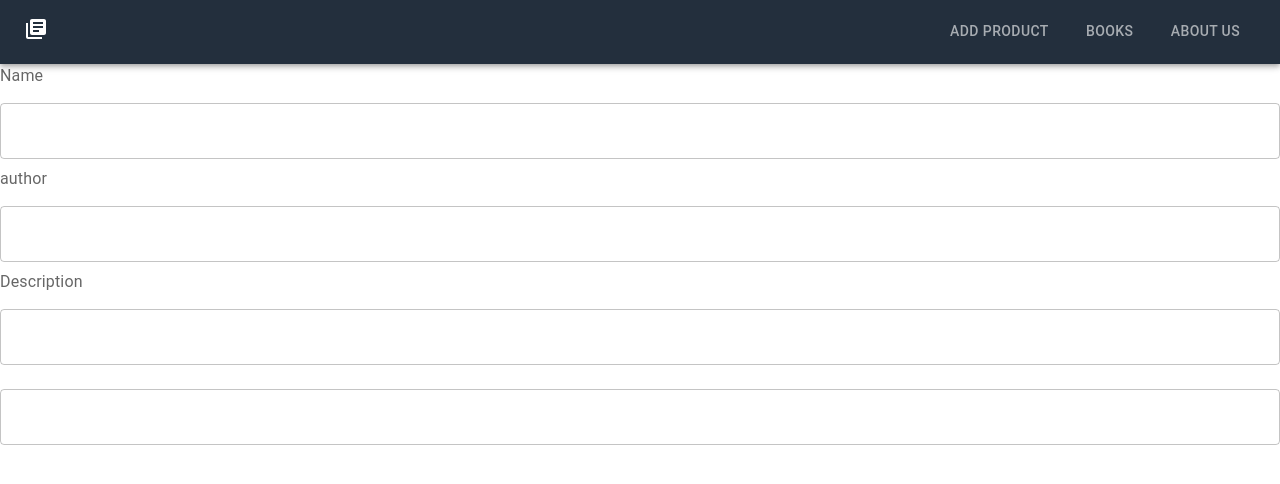
Repository: CydexCode/Book_Store_App-MERN-Stack
Page: /add (app in book-store/)
These files come from the project's save history. The page is drawn as it stood at one moment and after a run of saves; the edit follows.
The browser window is 1280 px wide. The pictures show the whole page.
The project was rebuilt for these pictures with package versions that can differ from the ones it lists, and the page was loaded fresh each time. Also part of the build but not shown: book-store/src/components/Home.js, book-store/src/components/Book/Book.css, book-store/src/components/Book/Book.js, book-store/src/components/Book/Books.js, book-store/src/components/About.js.

Above is the page before, as saved 2022-09-08 13:14:02.

### book-store/src/index.js
import React from 'react';
import ReactDOM from 'react-dom/client';
import './index.css';
import App from './App';
import { BrowserRouter } from 'react-router-dom';


const root = ReactDOM.createRoot(document.getElementById('root'));
root.render(
  <BrowserRouter>
  <React.StrictMode>
    <App />
  </React.StrictMode>
  </BrowserRouter>
);

// If you want to start measuring performance in your app, pass a function
// to log results (for example: reportWebVitals(console.log))
// or send to an analytics endpoint. Learn more: https://bit.ly/CRA-vitals

### book-store/src/index.css
/*body {
  margin: 0;
  font-family: -apple-system, BlinkMacSystemFont, 'Segoe UI', 'Roboto', 'Oxygen',
    'Ubuntu', 'Cantarell', 'Fira Sans', 'Droid Sans', 'Helvetica Neue',
    sans-serif;
  -webkit-font-smoothing: antialiased;
  -moz-osx-font-smoothing: grayscale;
}

code {
  font-family: source-code-pro, Menlo, Monaco, Consolas, 'Courier New',
    monospace;
} */

*{
  padding: 0;
  margin: 0;
}

### book-store/src/App.js
import React  from "react";
import Header from "./components/Header";
import { Route ,Routes } from 'react-router-dom';
import Home from "./components/Home";
import AddBook from "./components/AddBook";
import Books from "./components/Book/Books";
import About from "./components/About";


function App() {
  return (

   <React.Fragment>
    <header>
    <Header />
    </header>
    <main>
      <Routes>
        <Route path="/" element={<Home />} exact />
        <Route path="/add" element={<AddBook />} exact />
        <Route path="/books" element={<Books />} exact />
        <Route path="/about" element={<About />} exact />
      </Routes>
    </main>
    </React.Fragment>
  );
}

export default App;

### book-store/src/components/Header.js
import React, { useState } from 'react';
import { AppBar, Tab, Tabs, Toolbar, Typography } from "@mui/material";
import LibraryBooksIcon from '@mui/icons-material/LibraryBooks';
import { NavLink} from 'react-router-dom';
const Header = () => {
    const [value, setValue] = useState();
  return (
    <div>
      <AppBar sx={{ backgroundColor:"#232F3D"}} position='sticky'>
<Toolbar>
<Typography>
            <LibraryBooksIcon />
            </Typography>

            <Tabs sx={{ml:"auto"}} textColor="inherit" indicatorColor="secondary" value={value} onChange={(e,val) =>setValue(val)}>
                <Tab LinkComponent={NavLink} to="/add" label="Add product" />
                <Tab  LinkComponent={NavLink} to="/books" label="Books" />
                <Tab  LinkComponent={NavLink} to="/about" label="About Us" />
            </Tabs>

</Toolbar>
      </AppBar>
    </div>
  );
};

export default Header;

### book-store/src/components/AddBook.js
import { FormLabel, TextField } from '@mui/material';
import React from 'react';

const AddBook = () => {
  return <form>
    <FormLabel>Name</FormLabel>
<TextField margin='normal' fullWidth variant='outlined' name='name'/>
<FormLabel>author</FormLabel>
<TextField margin='normal' fullWidth variant='outlined' name='author'/>
<FormLabel>Description</FormLabel>
<TextField margin='normal' fullWidth variant='outlined' name='description'/>
<FormLabel>  </FormLabel>
<TextField margin='normal' fullWidth variant='outlined' name='price'/>
  </form>;
};

export default AddBook;

Loaded but not shown: book-store/public/index.html (common file)

After the next 4 saves:
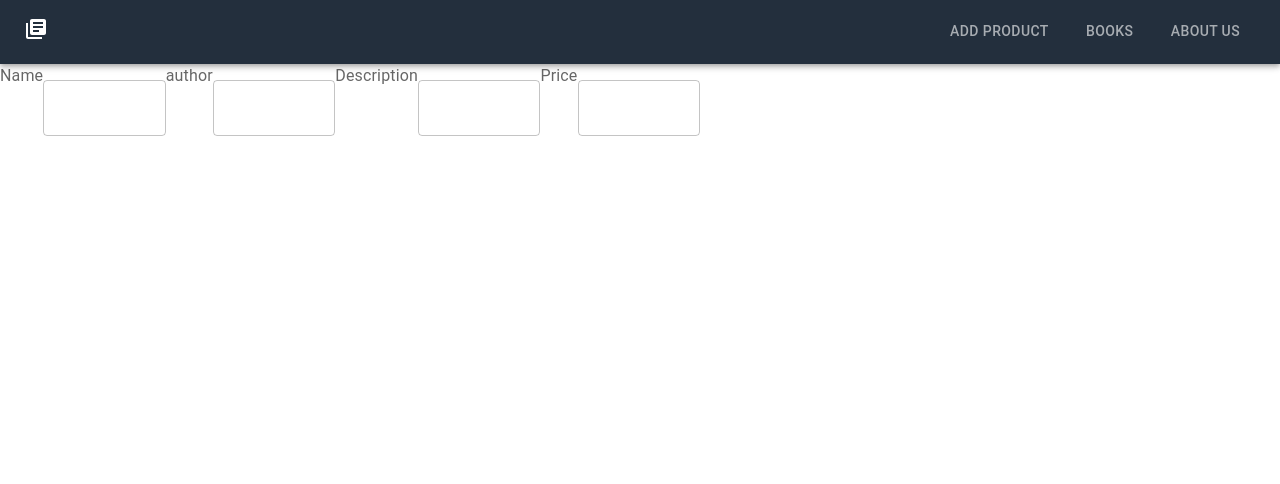
The 4 saves are shown as one change because 3 did not build or start.
The last was saved 9 min 18 s later.
--- a/book-store/src/components/AddBook.js
+++ b/book-store/src/components/AddBook.js
@@ -1,17 +1,24 @@
 import { FormLabel, TextField } from '@mui/material';
+import { Box } from '@mui/system';
 import React from 'react';
 
 const AddBook = () => {
-  return <form>
+  return (
+<form>
+    <Box display='flex' flex-direction='column' justify-content={'center'} maxWidth={700}>
     <FormLabel>Name</FormLabel>
 <TextField margin='normal' fullWidth variant='outlined' name='name'/>
 <FormLabel>author</FormLabel>
 <TextField margin='normal' fullWidth variant='outlined' name='author'/>
 <FormLabel>Description</FormLabel>
 <TextField margin='normal' fullWidth variant='outlined' name='description'/>
-<FormLabel>  </FormLabel>
+<FormLabel>Price</FormLabel>
 <TextField margin='normal' fullWidth variant='outlined' name='price'/>
-  </form>;
+</Box>
+
+  </form>
+
+  ) ;
 };
 
 export default AddBook;
